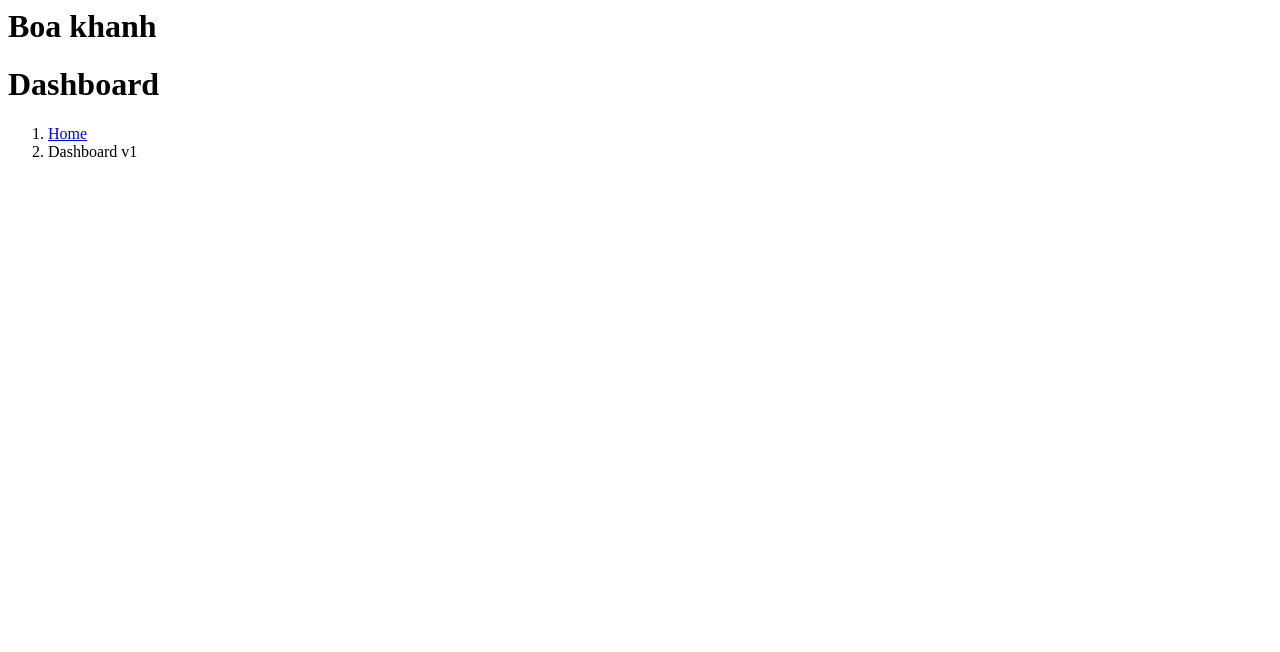
Repository: NguyenTranBaoKhanh/BKShop
Page: http://localhost/App/Views/admin/home/index.php
An editor plug-in stored every save of this project. The page is shown before and after the next save, followed by the edit.
The browser window is 1280 px wide. The pictures show the whole page.
The page is run by PHP 8.4 with error messages shown; the project is at /var/www/html/.

Above is the page before, as saved 2021-10-30 21:32:39.

### App/Views/admin/home/index.php
<h1>Boa khanh</h1>

<!-- Content Header (Page header) -->
<div class="content-header">
      <div class="container-fluid">
        <div class="row mb-2">
          <div class="col-sm-6">
            <h1 class="m-0">Dashboard</h1>
          </div><!-- /.col -->
          <div class="col-sm-6">
            <ol class="breadcrumb float-sm-right">
              <li class="breadcrumb-item"><a href="#">Home</a></li>
              <li class="breadcrumb-item active">Dashboard v1</li>
            </ol>
          </div><!-- /.col -->
        </div><!-- /.row -->
      </div><!-- /.container-fluid -->
    </div>
    <!-- /.content-header -->

After the next save:
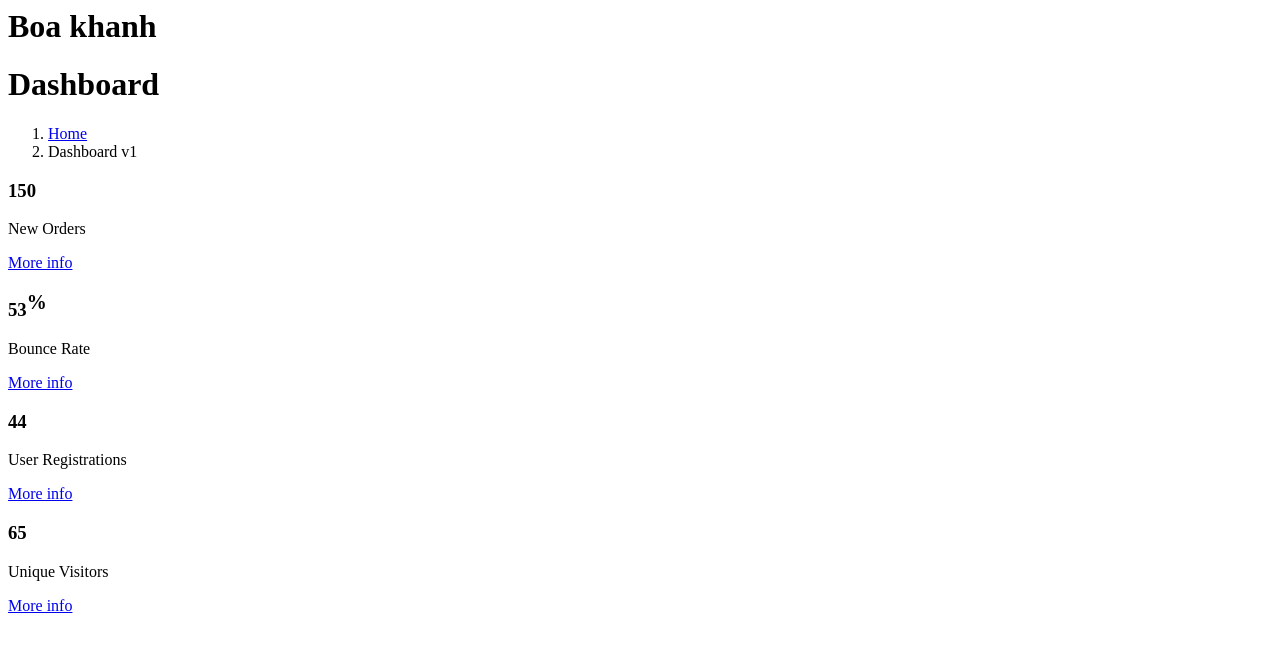
Saved 88 s later.
--- a/App/Views/admin/home/index.php
+++ b/App/Views/admin/home/index.php
@@ -17,3 +17,68 @@
       </div><!-- /.container-fluid -->
     </div>
     <!-- /.content-header -->
+
+    <!-- Small boxes (Stat box) -->
+    <div class="row">
+          <div class="col-lg-3 col-6">
+            <!-- small box -->
+            <div class="small-box bg-info">
+              <div class="inner">
+                <h3>150</h3>
+
+                <p>New Orders</p>
+              </div>
+              <div class="icon">
+                <i class="ion ion-bag"></i>
+              </div>
+              <a href="#" class="small-box-footer">More info <i class="fas fa-arrow-circle-right"></i></a>
+            </div>
+          </div>
+          <!-- ./col -->
+          <div class="col-lg-3 col-6">
+            <!-- small box -->
+            <div class="small-box bg-success">
+              <div class="inner">
+                <h3>53<sup style="font-size: 20px">%</sup></h3>
+
+                <p>Bounce Rate</p>
+              </div>
+              <div class="icon">
+                <i class="ion ion-stats-bars"></i>
+              </div>
+              <a href="#" class="small-box-footer">More info <i class="fas fa-arrow-circle-right"></i></a>
+            </div>
+          </div>
+          <!-- ./col -->
+          <div class="col-lg-3 col-6">
+            <!-- small box -->
+            <div class="small-box bg-warning">
+              <div class="inner">
+                <h3>44</h3>
+
+                <p>User Registrations</p>
+              </div>
+              <div class="icon">
+                <i class="ion ion-person-add"></i>
+              </div>
+              <a href="#" class="small-box-footer">More info <i class="fas fa-arrow-circle-right"></i></a>
+            </div>
+          </div>
+          <!-- ./col -->
+          <div class="col-lg-3 col-6">
+            <!-- small box -->
+            <div class="small-box bg-danger">
+              <div class="inner">
+                <h3>65</h3>
+
+                <p>Unique Visitors</p>
+              </div>
+              <div class="icon">
+                <i class="ion ion-pie-graph"></i>
+              </div>
+              <a href="#" class="small-box-footer">More info <i class="fas fa-arrow-circle-right"></i></a>
+            </div>
+          </div>
+          <!-- ./col -->
+        </div>
+        <!-- /.row -->
